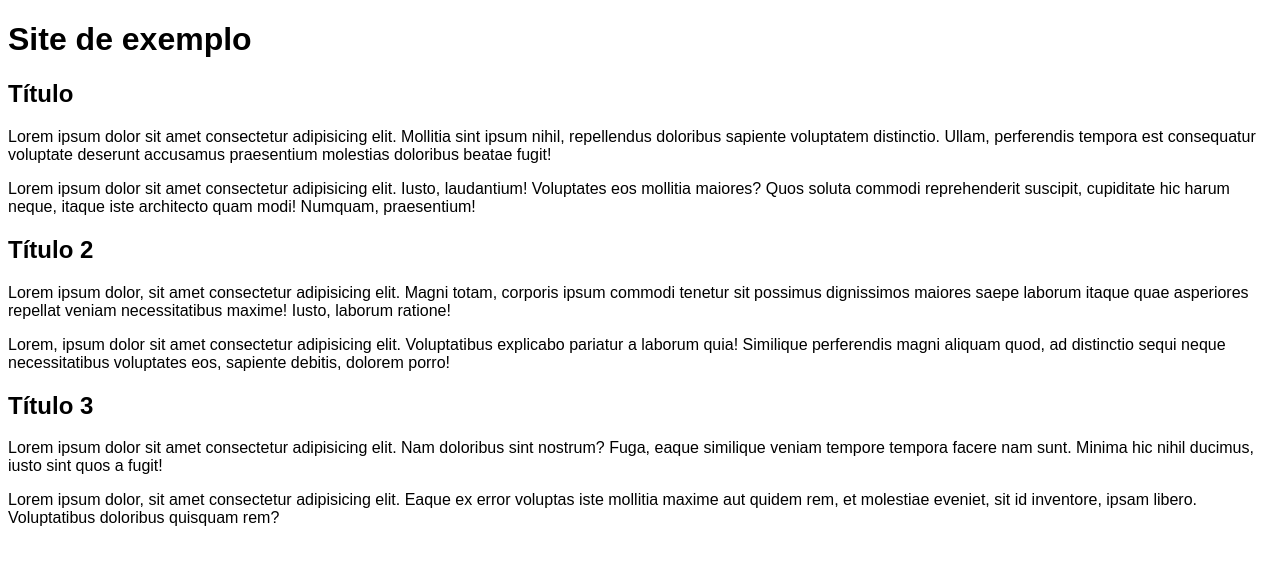
Repository: pheonix5/Estudo
Page: html-css/exercicios/ex016/cor03.html
The author's editor kept a copy of each file at every save. The page is drawn from the files as they stood at one save, then again after the next save.
The browser window is 1280 px wide. The pictures show the whole page.

Above is the page before, as saved 2023-08-10 21:46:21.

After the next save:
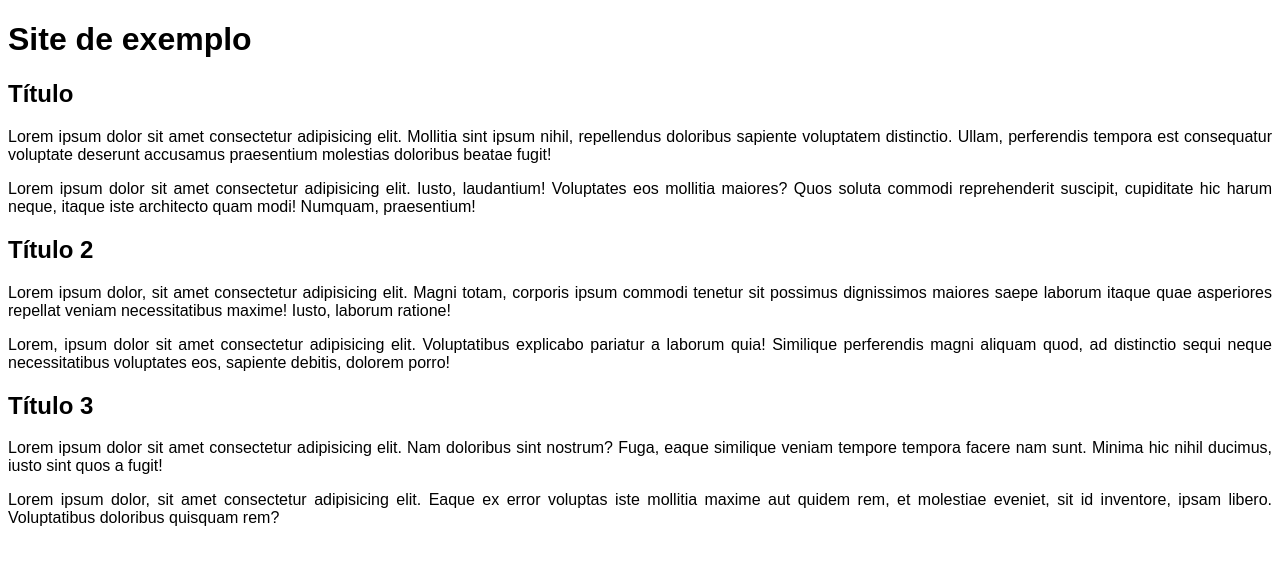
Saved 13 s later.
--- a/html-css/exercicios/ex016/style.css
+++ b/html-css/exercicios/ex016/style.css
@@ -5,6 +5,6 @@
   /* height: 100%; */
 }
 
-body{
-  font
+p{
+  text-align: justify;
 }
